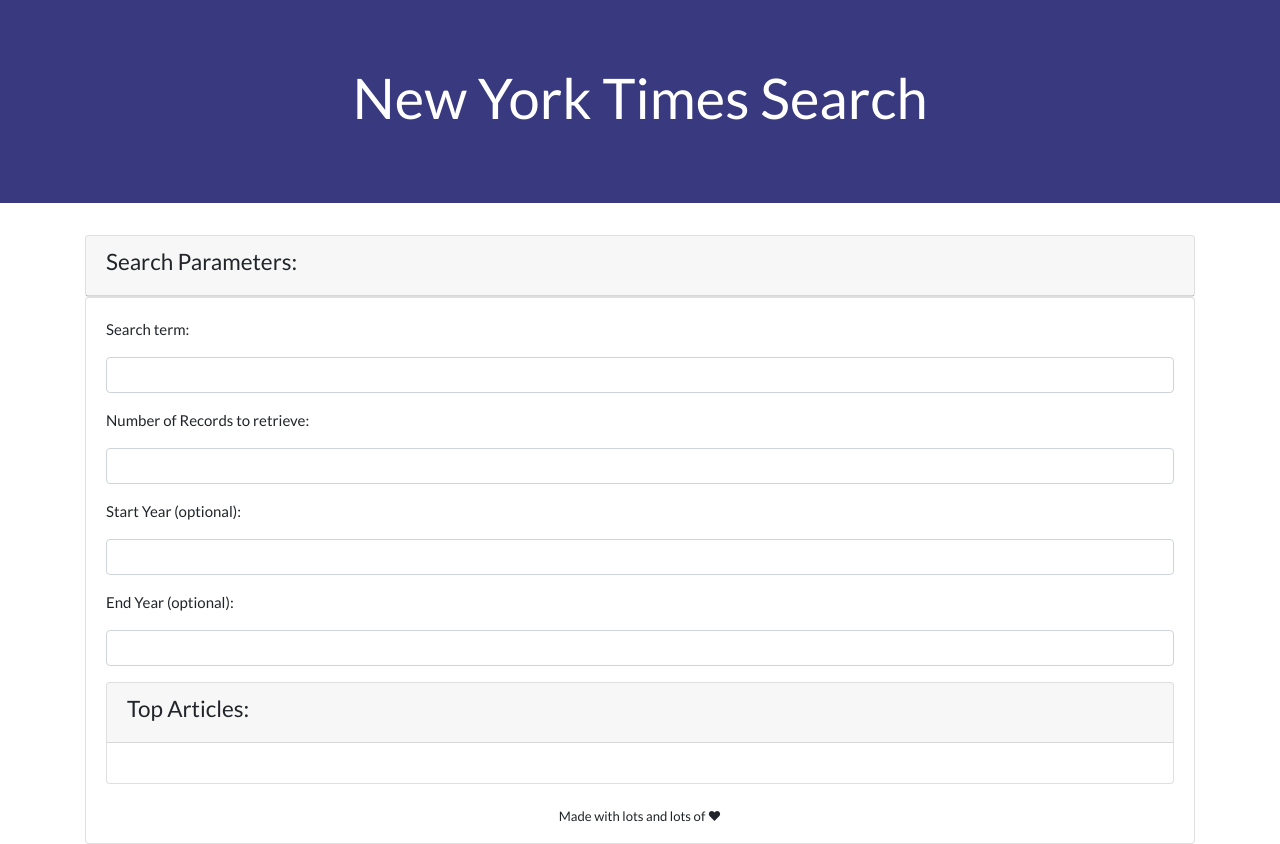
Repository: broganneagle/NYTSearch
Page: index.html
The author's editor kept a copy of each file at every save. The page is drawn from the files as they stood at one save, then again after the next save.
The browser window is 1280 px wide. The pictures show the whole page.
The page's requests for data from a server got no answer. Some web libraries are served in a nearby version.

Above is the page before, as saved 2020-06-26 14:17:13.

### index.html
<!DOCTYPE html>
<html lang="en">

<head>
    <meta charset="UTF-8">
    <meta name="viewport" content="width=device-width, initial-scale=1.0">
    <title>NYT Search</title>
    <link rel="stylesheet" href="https://stackpath.bootstrapcdn.com/bootstrap/4.3.1/css/bootstrap.min.css" />
    <link href="https://stackpath.bootstrapcdn.com/bootswatch/4.5.0/flatly/bootstrap.min.css" rel="stylesheet"
        integrity="sha384-mhpbKVUOPCSocLzx2ElRISIORFRwr1ZbO9bAlowgM5kO7hnpRBe+brVj8NNPUiFs" crossorigin="anonymous">
        <link rel="stylesheet" href="https://cdnjs.cloudflare.com/ajax/libs/font-awesome/4.7.0/css/font-awesome.min.css">
    <style>
        .jumbotron {
            text-align: center;
            background-color: rgba(16, 16, 102, 0.829);
            color: white;
        }

        footer {
            text-align: center;
        }
    </style>
</head>

<body>
    <div class="jumbotron jumbotron-fluid">
        <div class="container">
          <h1 class="display-4"> <i class="fas fa-newspaper"></i>New York Times Search</h1>
        </div>
      </div>
    <script src="https://cdnjs.cloudflare.com/ajax/libs/jquery/3.2.1/jquery.min.js"></script>
    <script src="./script.js"></script>
</body>
    <div class=container>
        <div class="card">
            <div class="card-header">
                <h4>Search Parameters:</h4>
            </div>
        </div>
        <div class="card">
            <div class="card-body">
                <p> Search term:</p>
                <div class="input-group mb-3">
                    <input type="text" class="form-control" id="#search"
                        aria-label="Recipient's username" aria-describedby="button-addon2">
                </div>
                <p>Number of Records to retrieve:</p>
                <div class="input-group mb-3">
                    <input type="text" class="form-control" id="#record"
                        aria-label="Recipient's username" aria-describedby="button-addon2">
                </div>
                <p>Start Year (optional):</p>
                <div class="input-group mb-3">
                    <input type="text" class="form-control" id="#startYear"
                        aria-label="Recipient's username" aria-describedby="button-addon2">
                </div>
                <p>End Year (optional):</p>
                <div class="input-group mb-3">
                    <input type="text" class="form-control" id="#endYear"
                        aria-label="Recipient's username" aria-describedby="button-addon2">
                </div>
                <div class="card">
                    <div class="card-header">
                        <h4>Top Articles:</h4>
                    </div>
                    <div class="card-body">
                    </div>
                </div>
            </div>
    <script src="https://cdnjs.cloudflare.com/ajax/libs/jquery/3.2.1/jquery.min.js"></script>
    <script src="./script.js"></script>
</body>
<footer>
    <p><small>Made with lots and lots of &hearts;</small></p>
</footer>
</html>

### script.js
var apiKey = "nwp9hOhAs71BmaQWzGvIPQtygSo8JJtH";
var search = "";
var queryURL = "https://api.nytimes.com/svc/search/v2/articlesearch.json?" + search + "&api-key=" + apiKey;


$.ajax({
    url: queryURL,
    method: "GET"
}).then(function(response) {
    var articles = (response.response.docs);
    console.log(response);
    console.log(articles);

    console.log(articles[0].headline.main);
    console.log(articles[0].abstract);

});

After the next save:
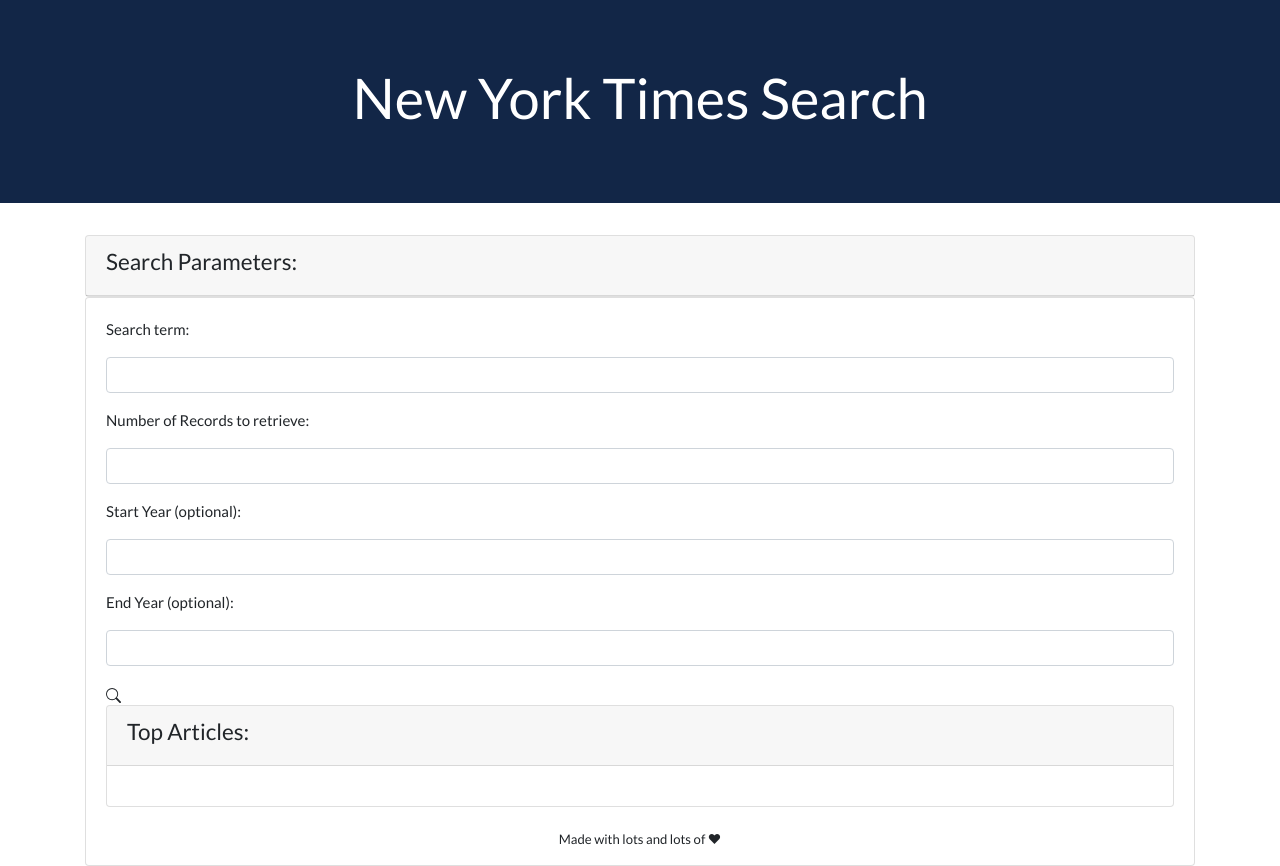
Saved 21 min 26 s later.
--- a/index.html
+++ b/index.html
@@ -8,11 +8,12 @@
     <link rel="stylesheet" href="https://stackpath.bootstrapcdn.com/bootstrap/4.3.1/css/bootstrap.min.css" />
     <link href="https://stackpath.bootstrapcdn.com/bootswatch/4.5.0/flatly/bootstrap.min.css" rel="stylesheet"
         integrity="sha384-mhpbKVUOPCSocLzx2ElRISIORFRwr1ZbO9bAlowgM5kO7hnpRBe+brVj8NNPUiFs" crossorigin="anonymous">
-        <link rel="stylesheet" href="https://cdnjs.cloudflare.com/ajax/libs/font-awesome/4.7.0/css/font-awesome.min.css">
-    <style>
+    <link rel="stylesheet" href="https://cdnjs.cloudflare.com/ajax/libs/font-awesome/4.7.0/css/font-awesome.min.css">
+
+   <style>
         .jumbotron {
             text-align: center;
-            background-color: rgba(16, 16, 102, 0.829);
+            background-color: rgb(18, 38, 71);
             color: white;
         }
 
@@ -20,6 +21,7 @@
             text-align: center;
         }
     </style>
+
 </head>
 
 <body>
@@ -28,9 +30,7 @@
           <h1 class="display-4"> <i class="fas fa-newspaper"></i>New York Times Search</h1>
         </div>
       </div>
-    <script src="https://cdnjs.cloudflare.com/ajax/libs/jquery/3.2.1/jquery.min.js"></script>
-    <script src="./script.js"></script>
-</body>
+
     <div class=container>
         <div class="card">
             <div class="card-header">
@@ -59,6 +59,10 @@
                     <input type="text" class="form-control" id="#endYear"
                         aria-label="Recipient's username" aria-describedby="button-addon2">
                 </div>
+                <svg class="bi bi-search" width="1em" height="1em" viewBox="0 0 16 16" fill="currentColor" xmlns="http://www.w3.org/2000/svg">
+                    <path fill-rule="evenodd" d="M10.442 10.442a1 1 0 0 1 1.415 0l3.85 3.85a1 1 0 0 1-1.414 1.415l-3.85-3.85a1 1 0 0 1 0-1.415z"/>
+                    <path fill-rule="evenodd" d="M6.5 12a5.5 5.5 0 1 0 0-11 5.5 5.5 0 0 0 0 11zM13 6.5a6.5 6.5 0 1 1-13 0 6.5 6.5 0 0 1 13 0z"/>
+                  </svg>
                 <div class="card">
                     <div class="card-header">
                         <h4>Top Articles:</h4>
